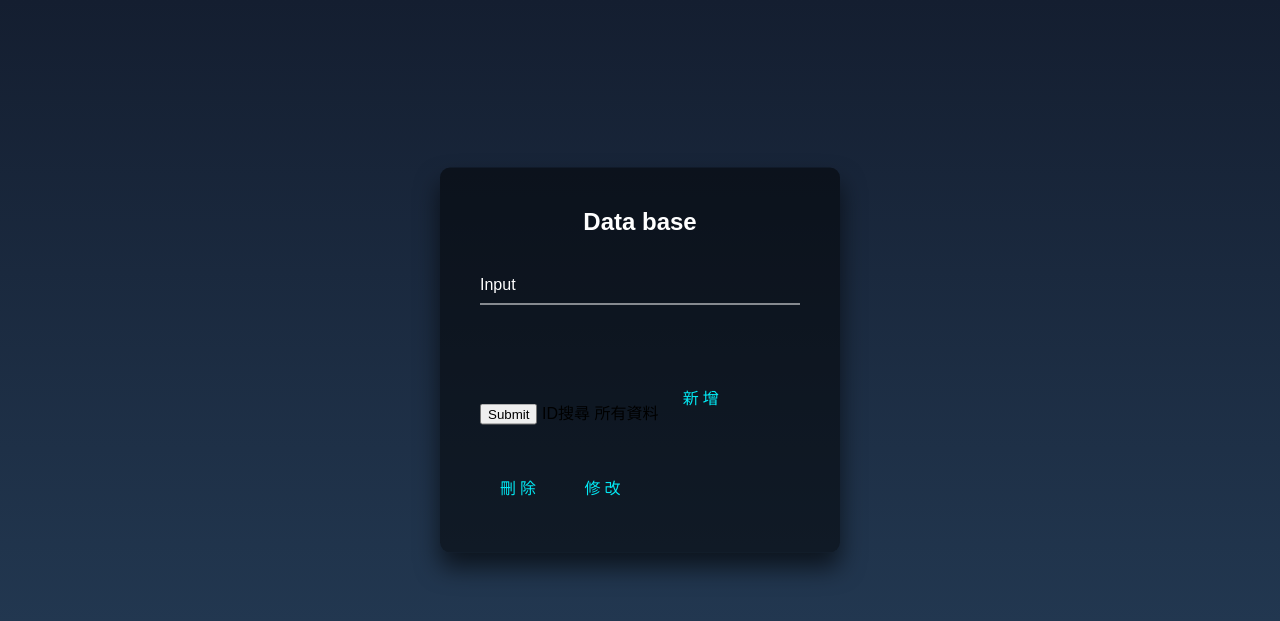
Repository: Ray917x/JaveEEforProject
Page: JSP/src/main/webapp/project/MainPageCSS.html
An editor plug-in stored every save of this project. The page is shown before and after the next save, followed by the edit.
The browser window is 1280 px wide. The pictures show the whole page.

Above is the page before, as saved 2022-09-14 08:11:16.

### JSP/src/main/webapp/project/MainPageCSS.html
<!DOCTYPE html>
<html lang="en">

<head>
<meta charset="UTF-8">
<meta http-equiv="X-UA-Compatible" content="IE=edge">
<meta name="viewport" content="width=device-width, initial-scale=1.0">
<title>Document</title>
<style>
html {
	height: 100%;
}

body {
	margin: 0;
	padding: 0;
	font-family: sans-serif;
	background: linear-gradient(#141e30, #243b55);
}

.login-box {
	position: absolute;
	top: 50%;
	left: 50%;
	width: 400px;
	padding: 40px;
	transform: translate(-50%, -50%);
	background: rgba(0, 0, 0, .5);
	box-sizing: border-box;
	box-shadow: 0 15px 25px rgba(0, 0, 0, .6);
	border-radius: 10px;
}

.login-box h2 {
	margin: 0 0 30px;
	padding: 0;
	color: #fff;
	text-align: center;
}

.login-box .user-box {
	position: relative;
}

.login-box .user-box input {
	width: 100%;
	padding: 10px 0;
	font-size: 16px;
	color: #fff;
	margin-bottom: 30px;
	border: none;
	border-bottom: 1px solid #fff;
	outline: none;
	background: transparent;
}

.login-box .user-box label {
	position: absolute;
	top: 0;
	left: 0;
	padding: 10px 0;
	font-size: 16px;
	color: #fff;
	pointer-events: none;
	transition: .5s;
}

.login-box .user-box input:focus ~label, .login-box .user-box input:valid
	~label {
	top: -20px;
	left: 0;
	color: #03e9f4;
	font-size: 12px;
}


.login-box form a {
	position: relative;
	display: inline-block;
	padding: 10px 20px;
	color: #03e9f4;
	font-size: 16px;
	text-decoration: none;
	text-transform: uppercase;
	overflow: hidden;
	transition: .5s;
	margin-top: 40px;
	letter-spacing: 4px
}

.login-box a:hover {
	background: #03e9f4;
	color: #fff;
	border-radius: 5px;
	box-shadow: 0 0 5px #03e9f4, 0 0 25px #03e9f4, 0 0 50px #03e9f4, 0 0
		100px #03e9f4;
}

.login-box a span {
	position: absolute;
	display: block;
}

.login-box a span:nth-child(1) {
	top: 0;
	left: -100%;
	width: 100%;
	height: 2px;
	background: linear-gradient(90deg, transparent, #03e9f4);
	animation: btn-anim1 1s linear infinite;
	z-index:2;
}

@
keyframes btn-anim1 { 0% {
	left: -100%;
}

50
%
,
100
%
{
left
:
100%;
}
}
.login-box a span:nth-child(2) {
	top: -100%;
	right: 0;
	width: 2px;
	height: 100%;
	background: linear-gradient(180deg, transparent, #03e9f4);
	animation: btn-anim2 1s linear infinite;
	animation-delay: .25s;
	z-index:2;
}

@
keyframes btn-anim2 { 0% {
	top: -100%;
}

50
%
,
100
%
{
top
:
100%;
}
}
.login-box .button span:nth-child(3) {
	bottom: 0;
	right: -100%;
	width: 100%;
	height: 2px;
	background: linear-gradient(270deg, transparent, #03e9f4);
	animation: btn-anim3 1s linear infinite;
	animation-delay: .5s;
	z-index:2;
}

@
keyframes btn-anim3 { 0% {
	right: -100%;
}

50
%
,
100
%
{
right
:
100%;
}
}
.login-box a span:nth-child(4) {
	bottom: -100%;
	left: 0;
	width: 2px;
	height: 100%;
	background: linear-gradient(360deg, transparent, #03e9f4);
	animation: btn-anim4 1s linear infinite;
	animation-delay: .75s;
	z-index:2;
}

@
keyframes btn-anim4 { 0% {
	bottom: -100%;
}
50
%
,
100
%
{
bottom
:
100%;
}
}
</style>
</head>

<body>
	<div class="login-box">
		<h2>Data base</h2>
		<form method="post" action="/JSP/AnimalGetJSTL">
			<div class="user-box">
				<input type="text" name="animal_id" required> <label>Input</label>
			</div>

			<input type="submit" class="button">
			<span></span>
			<span></span>
			<span></span>
			<span></span> ID搜尋</input>

			<aformaction="/JSP/AnimalGetAllJSTL"> <span></span> <span></span>
				<span></span> <span></span> 所有資料
			</a> <a formaction="AnimalCreate.html"> <span></span> <span></span> <span></span>
				<span></span> 新增
			</a> <a formaction="/JSP/AnimalDelete"> <span></span> <span></span> <span></span>
				<span></span> 刪除
			</a> <a formaction="/JSP/AnimalGetUpdateJSTL"> <span></span> <span></span>
				<span></span> <span></span> 修改
			</a>
		</form>
	</div>
</body>

</html>

After the next save:
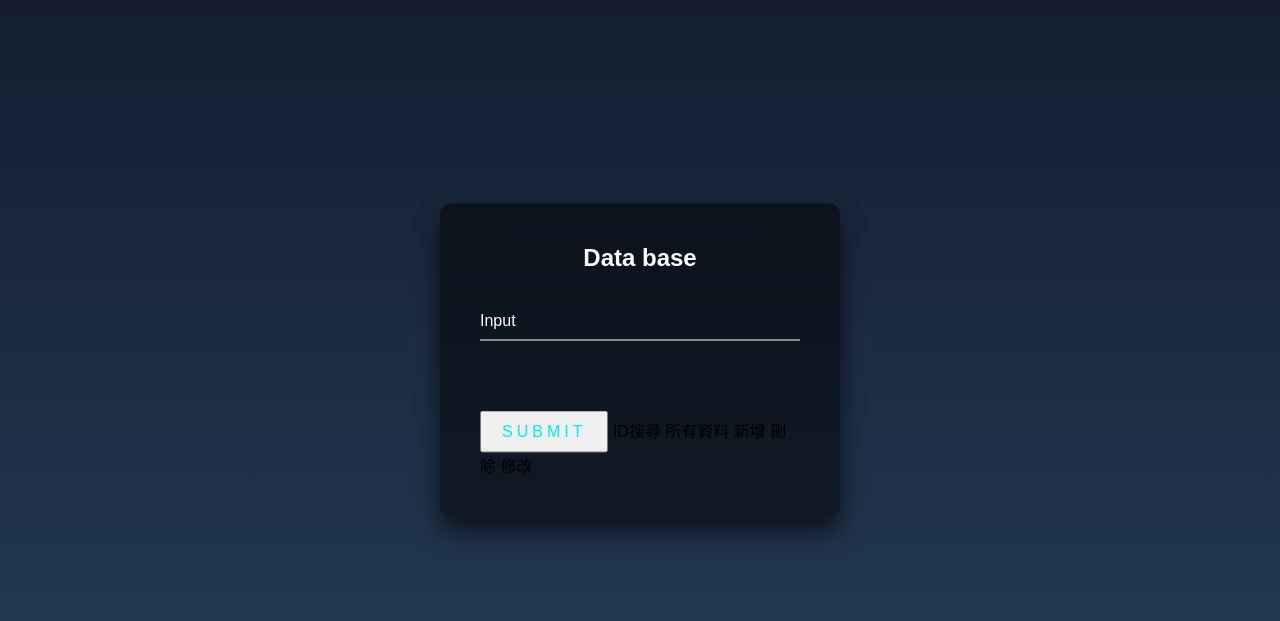
Saved 35 s later.
--- a/JSP/src/main/webapp/project/MainPageCSS.html
+++ b/JSP/src/main/webapp/project/MainPageCSS.html
@@ -74,7 +74,7 @@ body {
 }
 
 
-.login-box form a {
+.login-box form .button {
 	position: relative;
 	display: inline-block;
 	padding: 10px 20px;
@@ -88,7 +88,7 @@ body {
 	letter-spacing: 4px
 }
 
-.login-box a:hover {
+.login-box .button:hover {
 	background: #03e9f4;
 	color: #fff;
 	border-radius: 5px;
@@ -96,12 +96,12 @@ body {
 		100px #03e9f4;
 }
 
-.login-box a span {
+.login-box .button span {
 	position: absolute;
 	display: block;
 }
 
-.login-box a span:nth-child(1) {
+.login-box .button span:nth-child(1) {
 	top: 0;
 	left: -100%;
 	width: 100%;
@@ -127,7 +127,7 @@ left
 100%;
 }
 }
-.login-box a span:nth-child(2) {
+.login-box .button span:nth-child(2) {
 	top: -100%;
 	right: 0;
 	width: 2px;
@@ -181,7 +181,7 @@ right
 100%;
 }
 }
-.login-box a span:nth-child(4) {
+.login-box .button span:nth-child(4) {
 	bottom: -100%;
 	left: 0;
 	width: 2px;
@@ -224,7 +224,7 @@ bottom
 			<span></span>
 			<span></span> ID搜尋</input>
 
-			<aformaction="/JSP/AnimalGetAllJSTL"> <span></span> <span></span>
+				 <aformaction="/JSP/AnimalGetAllJSTL"> <span></span> <span></span>
 				<span></span> <span></span> 所有資料
 			</a> <a formaction="AnimalCreate.html"> <span></span> <span></span> <span></span>
 				<span></span> 新增
